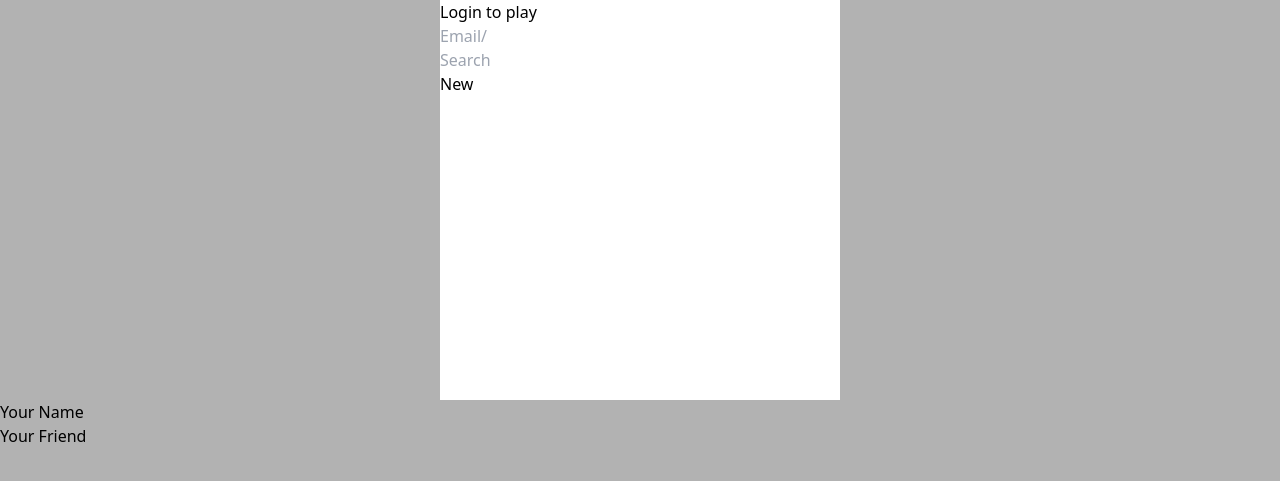
Repository: Teddy1705/demo_pj
Page: /
These files come from the project's save history. The page is drawn as it stood at one moment and after the next save; the edit follows.
The browser window is 1280 px wide. The pictures show the whole page.
The project was rebuilt for these pictures with package versions that can differ from the ones it lists, and the page was loaded fresh each time. Also part of the build but not shown: vite.config.js.

Above is the page before, as saved 2024-04-16 09:20:37.

### index.html
<!DOCTYPE html>
<html lang="en">
  <head>
    <meta charset="UTF-8" />
    <link rel="icon" type="image/svg+xml" href="/vite.svg" />
    <meta name="viewport" content="width=device-width, initial-scale=1.0" />
    <title>Tic Tac Toe</title>
    <link rel="stylesheet" href="./src/index.css" />
  </head>
  <body>
    <div id="root"></div>
    <script type="module" src="/src/main.jsx"></script>
  </body>
</html>

### src/index.css
:root {
  --white-color: #fff;
  --black-color: #000;
}

/*
1. Prevent padding and border from affecting element width. (https://github.com/mozdevs/cssremedy/issues/4)
2. Allow adding a border to an element by just adding a border-width. (https://github.com/tailwindcss/tailwindcss/pull/116)
*/

*,
::before,
::after {
  box-sizing: border-box;
  /* 1 */
  border-width: 0;
  /* 2 */
  border-style: solid;
  /* 2 */
  border-color: #e5e7eb;
  /* 2 */
}

::before,
::after {
  --tw-content: "";
}

/*
1. Use a consistent sensible line-height in all browsers.
2. Prevent adjustments of font size after orientation changes in iOS.
3. Use a more readable tab size.
4. Use the user's configured `sans` font-family by default.
5. Use the user's configured `sans` font-feature-settings by default.
6. Use the user's configured `sans` font-variation-settings by default.
7. Disable tap highlights on iOS
*/

html,
:host {
  line-height: 1.5;
  /* 1 */
  -webkit-text-size-adjust: 100%;
  /* 2 */
  -moz-tab-size: 4;
  /* 3 */
  -o-tab-size: 4;
  tab-size: 4;
  /* 3 */
  font-family: ui-sans-serif, system-ui, sans-serif, "Apple Color Emoji",
    "Segoe UI Emoji", "Segoe UI Symbol", "Noto Color Emoji";
  /* 4 */
  font-feature-settings: normal;
  /* 5 */
  font-variation-settings: normal;
  /* 6 */
  -webkit-tap-highlight-color: transparent;
  /* 7 */
}

/*
1. Remove the margin in all browsers.
2. Inherit line-height from `html` so users can set them as a class directly on the `html` element.
*/

body {
  margin: 0;
  /* 1 */
  line-height: inherit;
  /* 2 */
}

/*
1. Add the correct height in Firefox.
2. Correct the inheritance of border color in Firefox. (https://bugzilla.mozilla.org/show_bug.cgi?id=190655)
3. Ensure horizontal rules are visible by default.
*/

hr {
  height: 0;
  /* 1 */
  color: inherit;
  /* 2 */
  border-top-width: 1px;
  /* 3 */
}

/*
Add the correct text decoration in Chrome, Edge, and Safari.
*/

abbr:where([title]) {
  -webkit-text-decoration: underline dotted;
  text-decoration: underline dotted;
}

/*
Remove the default font size and weight for headings.
*/

h1,
h2,
h3,
h4,
h5,
h6 {
  font-size: inherit;
  font-weight: inherit;
}

/*
Reset links to optimize for opt-in styling instead of opt-out.
*/

a {
  color: inherit;
  text-decoration: inherit;
}

/*
Add the correct font weight in Edge and Safari.
*/

b,
strong {
  font-weight: bolder;
}

/*
1. Use the user's configured `mono` font-family by default.
2. Use the user's configured `mono` font-feature-settings by default.
3. Use the user's configured `mono` font-variation-settings by default.
4. Correct the odd `em` font sizing in all browsers.
*/

code,
kbd,
samp,
pre {
  font-family: ui-monospace, SFMono-Regular, Menlo, Monaco, Consolas,
    "Liberation Mono", "Courier New", monospace;
  /* 1 */
  font-feature-settings: normal;
  /* 2 */
  font-variation-settings: normal;
  /* 3 */
  font-size: 1em;
  /* 4 */
}

/*
Add the correct font size in all browsers.
*/

small {
  font-size: 80%;
}

/*
Prevent `sub` and `sup` elements from affecting the line height in all browsers.
*/

sub,
sup {
  font-size: 75%;
  line-height: 0;
  position: relative;
  vertical-align: baseline;
}

sub {
  bottom: -0.25em;
}

sup {
  top: -0.5em;
}

/*
1. Remove text indentation from table contents in Chrome and Safari. (https://bugs.chromium.org/p/chromium/issues/detail?id=999088, https://bugs.webkit.org/show_bug.cgi?id=201297)
2. Correct table border color inheritance in all Chrome and Safari. (https://bugs.chromium.org/p/chromium/issues/detail?id=935729, https://bugs.webkit.org/show_bug.cgi?id=195016)
3. Remove gaps between table borders by default.
*/

table {
  text-indent: 0;
  /* 1 */
  border-color: inherit;
  /* 2 */
  border-collapse: collapse;
  /* 3 */
}

/*
1. Change the font styles in all browsers.
2. Remove the margin in Firefox and Safari.
3. Remove default padding in all browsers.
*/

button,
input,
optgroup,
select,
textarea {
  font-family: inherit;
  /* 1 */
  font-feature-settings: inherit;
  /* 1 */
  font-variation-settings: inherit;
  /* 1 */
  font-size: 100%;
  /* 1 */
  font-weight: inherit;
  /* 1 */
  line-height: inherit;
  /* 1 */
  letter-spacing: inherit;
  /* 1 */
  color: inherit;
  /* 1 */
  margin: 0;
  /* 2 */
  padding: 0;
  /* 3 */
}

/*
Remove the inheritance of text transform in Edge and Firefox.
*/

button,
select {
  text-transform: none;
}

/*
1. Correct the inability to style clickable types in iOS and Safari.
2. Remove default button styles.
*/

button,
input:where([type="button"]),
input:where([type="reset"]),
input:where([type="submit"]) {
  -webkit-appearance: button;
  /* 1 */
  background-color: transparent;
  /* 2 */
  background-image: none;
  /* 2 */
}

/*
Use the modern Firefox focus style for all focusable elements.
*/

:-moz-focusring {
  outline: auto;
}

/*
Remove the additional `:invalid` styles in Firefox. (https://github.com/mozilla/gecko-dev/blob/2f9eacd9d3d995c937b4251a5557d95d494c9be1/layout/style/res/forms.css#L728-L737)
*/

:-moz-ui-invalid {
  box-shadow: none;
}

/*
Add the correct vertical alignment in Chrome and Firefox.
*/

progress {
  vertical-align: baseline;
}

/*
Correct the cursor style of increment and decrement buttons in Safari.
*/

::-webkit-inner-spin-button,
::-webkit-outer-spin-button {
  height: auto;
}

/*
1. Correct the odd appearance in Chrome and Safari.
2. Correct the outline style in Safari.
*/

[type="search"] {
  -webkit-appearance: textfield;
  /* 1 */
  outline-offset: -2px;
  /* 2 */
}

/*
Remove the inner padding in Chrome and Safari on macOS.
*/

::-webkit-search-decoration {
  -webkit-appearance: none;
}

/*
1. Correct the inability to style clickable types in iOS and Safari.
2. Change font properties to `inherit` in Safari.
*/

::-webkit-file-upload-button {
  -webkit-appearance: button;
  /* 1 */
  font: inherit;
  /* 2 */
}

/*
Add the correct display in Chrome and Safari.
*/

summary {
  display: list-item;
}

/*
Removes the default spacing and border for appropriate elements.
*/

blockquote,
dl,
dd,
h1,
h2,
h3,
h4,
h5,
h6,
hr,
figure,
p,
pre {
  margin: 0;
}

fieldset {
  margin: 0;
  padding: 0;
}

legend {
  padding: 0;
}

ol,
ul,
menu {
  list-style: none;
  margin: 0;
  padding: 0;
}

/*
Reset default styling for dialogs.
*/

dialog {
  padding: 0;
}

/*
Prevent resizing textareas horizontally by default.
*/

textarea {
  resize: vertical;
}

/*
1. Reset the default placeholder opacity in Firefox. (https://github.com/tailwindlabs/tailwindcss/issues/3300)
2. Set the default placeholder color to the user's configured gray 400 color.
*/

input::-moz-placeholder,
textarea::-moz-placeholder {
  opacity: 1;
  /* 1 */
  color: #9ca3af;
  /* 2 */
}

input::placeholder,
textarea::placeholder {
  opacity: 1;
  /* 1 */
  color: #9ca3af;
  /* 2 */
}

/*
Set the default cursor for buttons.
*/

button,
[role="button"] {
  cursor: pointer;
}

/*
Make sure disabled buttons don't get the pointer cursor.
*/

:disabled {
  cursor: default;
}

/*
1. Make replaced elements `display: block` by default. (https://github.com/mozdevs/cssremedy/issues/14)
2. Add `vertical-align: middle` to align replaced elements more sensibly by default. (https://github.com/jensimmons/cssremedy/issues/14#issuecomment-634934210)
   This can trigger a poorly considered lint error in some tools but is included by design.
*/

img,
svg,
video,
canvas,
audio,
iframe,
embed,
object {
  display: block;
  /* 1 */
  vertical-align: middle;
  /* 2 */
}

/*
Constrain images and videos to the parent width and preserve their intrinsic aspect ratio. (https://github.com/mozdevs/cssremedy/issues/14)
*/

img,
video {
  max-width: 100%;
  height: auto;
}

/* Make elements with the HTML hidden attribute stay hidden by default */

[hidden] {
  display: none;
}

*,
::before,
::after {
  --tw-border-spacing-x: 0;
  --tw-border-spacing-y: 0;
  --tw-translate-x: 0;
  --tw-translate-y: 0;
  --tw-rotate: 0;
  --tw-skew-x: 0;
  --tw-skew-y: 0;
  --tw-scale-x: 1;
  --tw-scale-y: 1;
  --tw-pan-x: ;
  --tw-pan-y: ;
  --tw-pinch-zoom: ;
  --tw-scroll-snap-strictness: proximity;
  --tw-gradient-from-position: ;
  --tw-gradient-via-position: ;
  --tw-gradient-to-position: ;
  --tw-ordinal: ;
  --tw-slashed-zero: ;
  --tw-numeric-figure: ;
  --tw-numeric-spacing: ;
  --tw-numeric-fraction: ;
  --tw-ring-inset: ;
  --tw-ring-offset-width: 0px;
  --tw-ring-offset-color: #fff;
  --tw-ring-color: rgb(59 130 246 / 0.5);
  --tw-ring-offset-shadow: 0 0 #0000;
  --tw-ring-shadow: 0 0 #0000;
  --tw-shadow: 0 0 #0000;
  --tw-shadow-colored: 0 0 #0000;
  --tw-blur: ;
  --tw-brightness: ;
  --tw-contrast: ;
  --tw-grayscale: ;
  --tw-hue-rotate: ;
  --tw-invert: ;
  --tw-saturate: ;
  --tw-sepia: ;
  --tw-drop-shadow: ;
  --tw-backdrop-blur: ;
  --tw-backdrop-brightness: ;
  --tw-backdrop-contrast: ;
  --tw-backdrop-grayscale: ;
  --tw-backdrop-hue-rotate: ;
  --tw-backdrop-invert: ;
  --tw-backdrop-opacity: ;
  --tw-backdrop-saturate: ;
  --tw-backdrop-sepia: ;
  --tw-contain-size: ;
  --tw-contain-layout: ;
  --tw-contain-paint: ;
  --tw-contain-style: ;
}

::backdrop {
  --tw-border-spacing-x: 0;
  --tw-border-spacing-y: 0;
  --tw-translate-x: 0;
  --tw-translate-y: 0;
  --tw-rotate: 0;
  --tw-skew-x: 0;
  --tw-skew-y: 0;
  --tw-scale-x: 1;
  --tw-scale-y: 1;
  --tw-pan-x: ;
  --tw-pan-y: ;
  --tw-pinch-zoom: ;
  --tw-scroll-snap-strictness: proximity;
  --tw-gradient-from-position: ;
  --tw-gradient-via-position: ;
  --tw-gradient-to-position: ;
  --tw-ordinal: ;
  --tw-slashed-zero: ;
  --tw-numeric-figure: ;
  --tw-numeric-spacing: ;
  --tw-numeric-fraction: ;
  --tw-ring-inset: ;
  --tw-ring-offset-width: 0px;
  --tw-ring-offset-color: #fff;
  --tw-ring-color: rgb(59 130 246 / 0.5);
  --tw-ring-offset-shadow: 0 0 #0000;
  --tw-ring-shadow: 0 0 #0000;
  --tw-shadow: 0 0 #0000;
  --tw-shadow-colored: 0 0 #0000;
  --tw-blur: ;
  --tw-brightness: ;
  --tw-contrast: ;
  --tw-grayscale: ;
  --tw-hue-rotate: ;
  --tw-invert: ;
  --tw-saturate: ;
  --tw-sepia: ;
  --tw-drop-shadow: ;
  --tw-backdrop-blur: ;
  --tw-backdrop-brightness: ;
  --tw-backdrop-contrast: ;
  --tw-backdrop-grayscale: ;
  --tw-backdrop-hue-rotate: ;
  --tw-backdrop-invert: ;
  --tw-backdrop-opacity: ;
  --tw-backdrop-saturate: ;
  --tw-backdrop-sepia: ;
  --tw-contain-size: ;
  --tw-contain-layout: ;
  --tw-contain-paint: ;
  --tw-contain-style: ;
}

#modal {
  position: fixed;
  top: 0;
  right: 0;
  bottom: 0;
  left: 0;
}

#modal .modal__overlay {
  position: absolute;
  width: 100%;
  height: 100%;
  background-color: rgba(0, 0, 0, 0.3);
}

#modal .modal__body {
  position: relative;
  background-color: var(--white-color);
  margin: auto;
  width: 400px;
  height: 400px;
}

### src/main.jsx
import React from "react";
import ReactDOM from "react-dom/client";
import App from "./App.jsx";
import { createBrowserRouter, RouterProvider } from "react-router-dom";
import Root from "./routes/root";
import "./index.css";

const router = createBrowserRouter([
  {
    path: "/",
    element: <Root />,
  },
]);

ReactDOM.createRoot(document.getElementById("root")).render(
  <React.StrictMode>
    <RouterProvider router={router} />
    <App />
  </React.StrictMode>
);

### src/routes/root.jsx
export default function Root() {
  return (
    <>
      <div id="modal">
        <div className="modal__overlay"></div>
        <div className="modal__body">
          <div className="auth-form">
            <div className="auth-form__container">
              <div className="auth-form__header">
                <h2 className="auth-form__heading">Login to play</h2>
              </div>
              <div className="auth-form__info">
                <div className="auth-form__info-details">
                  <input
                    type="text"
                    className="auth-form__info-input"
                    placeholder="Email/"
                  />
                </div>
              </div>
            </div>
          </div>
          <form id="search-form" role="search">
            <input
              id="q"
              aria-label="Search contacts"
              placeholder="Search"
              type="search"
              name="q"
            />
            <div id="search-spinner" aria-hidden hidden={true} />
            <div className="sr-only" aria-live="polite"></div>
          </form>
          <form method="post">
            <button type="submit">New</button>
          </form>
        </div>
        <nav>
          <ul>
            <li>
              <a
                href={`https://codesandbox.io/s/q2z497?file=%2Fsrc%2FApp.js&utm_medium=sandpack`}
              >
                Your Name
              </a>
            </li>
            <li>
              <a href={`/contacts/2`}>Your Friend</a>
            </li>
          </ul>
        </nav>
      </div>
      <div id="detail"></div>
    </>
  );
}

Loaded but not shown: src/App.jsx (common file)

After the next save:
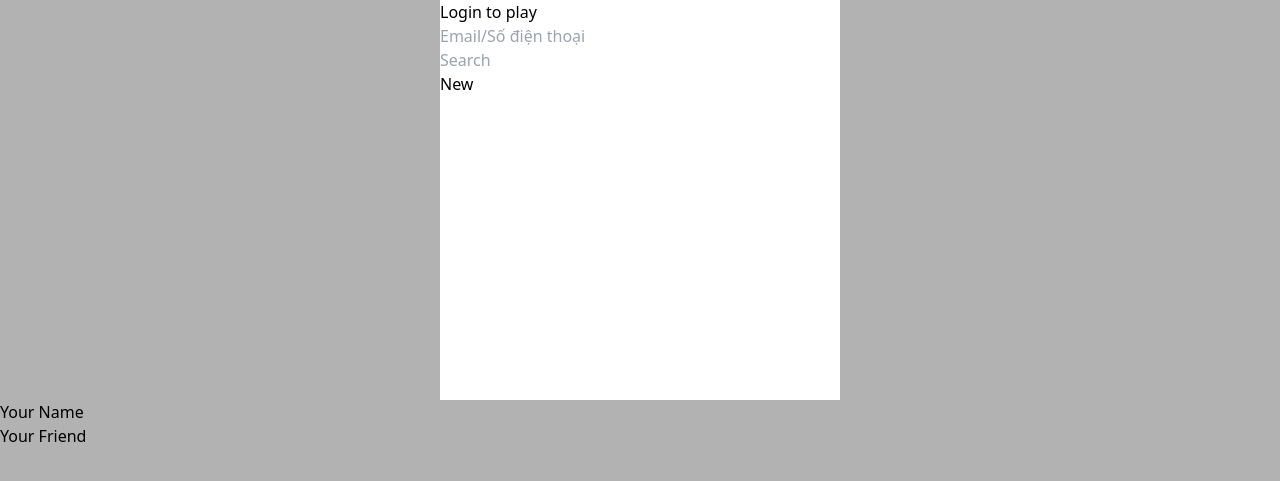
Saved 9 s later.
--- a/src/routes/root.jsx
+++ b/src/routes/root.jsx
@@ -14,7 +14,7 @@ export default function Root() {
                   <input
                     type="text"
                     className="auth-form__info-input"
-                    placeholder="Email/"
+                    placeholder="Email/Số điện thoại "
                   />
                 </div>
               </div>
